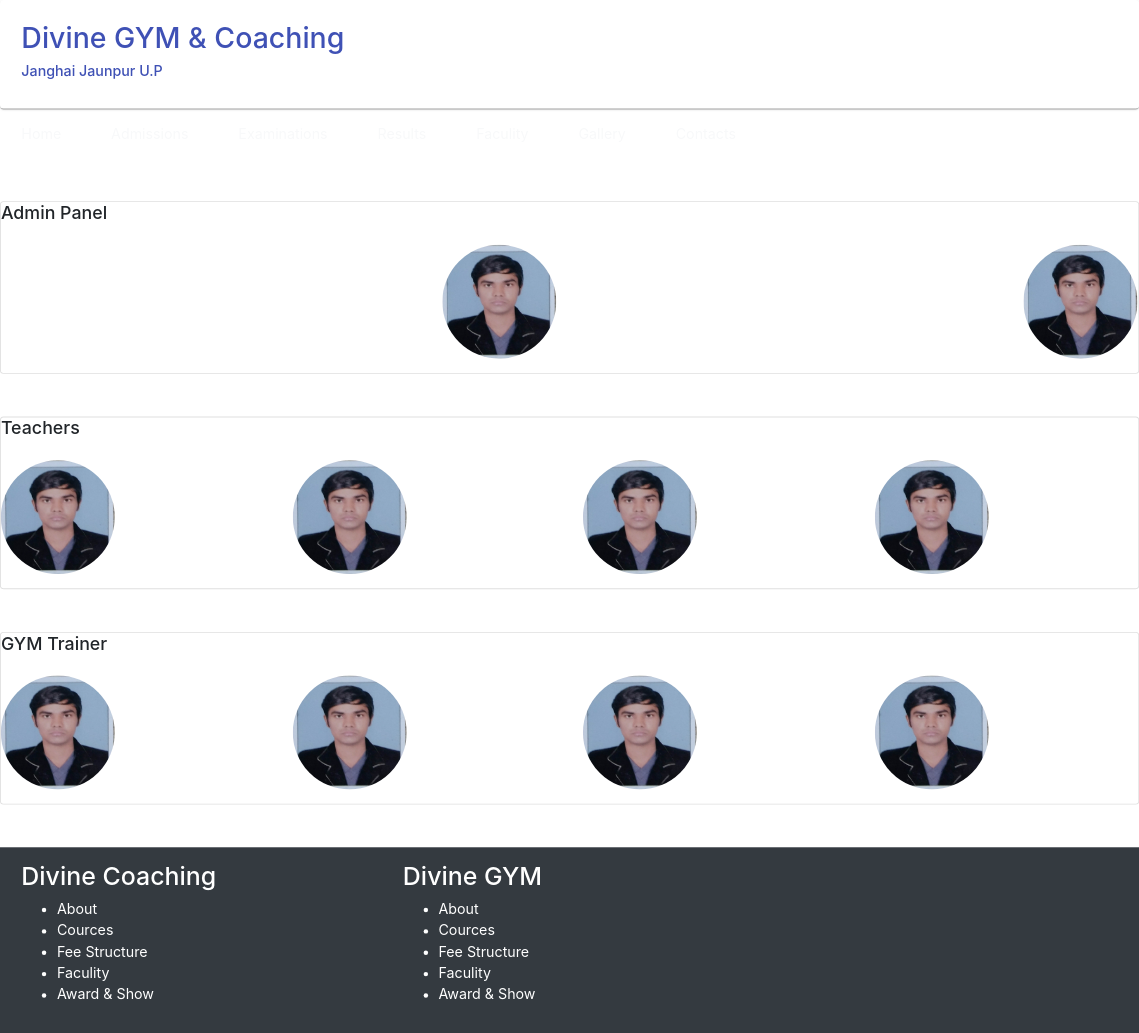
Repository: lalji-yadav/vikash-Coaching-frontend
Page: /faculity
These files come from the project's save history. The page is drawn as it stood at one moment and after the next save; the edit follows.
The browser window is 1280 px wide. The pictures show the whole page, at 89% of full size.
The project was rebuilt for these pictures with package versions that can differ from the ones it lists, and the page was loaded fresh each time. Also part of the build but not shown: src/index.css, src/home/home.js, src/component/admission/admission.js, src/component/examination/examination.js, src/component/results/result.js, src/component/gallery/gallery.js.

Above is the page before, as saved 2021-04-10 21:42:37.

After the next save:
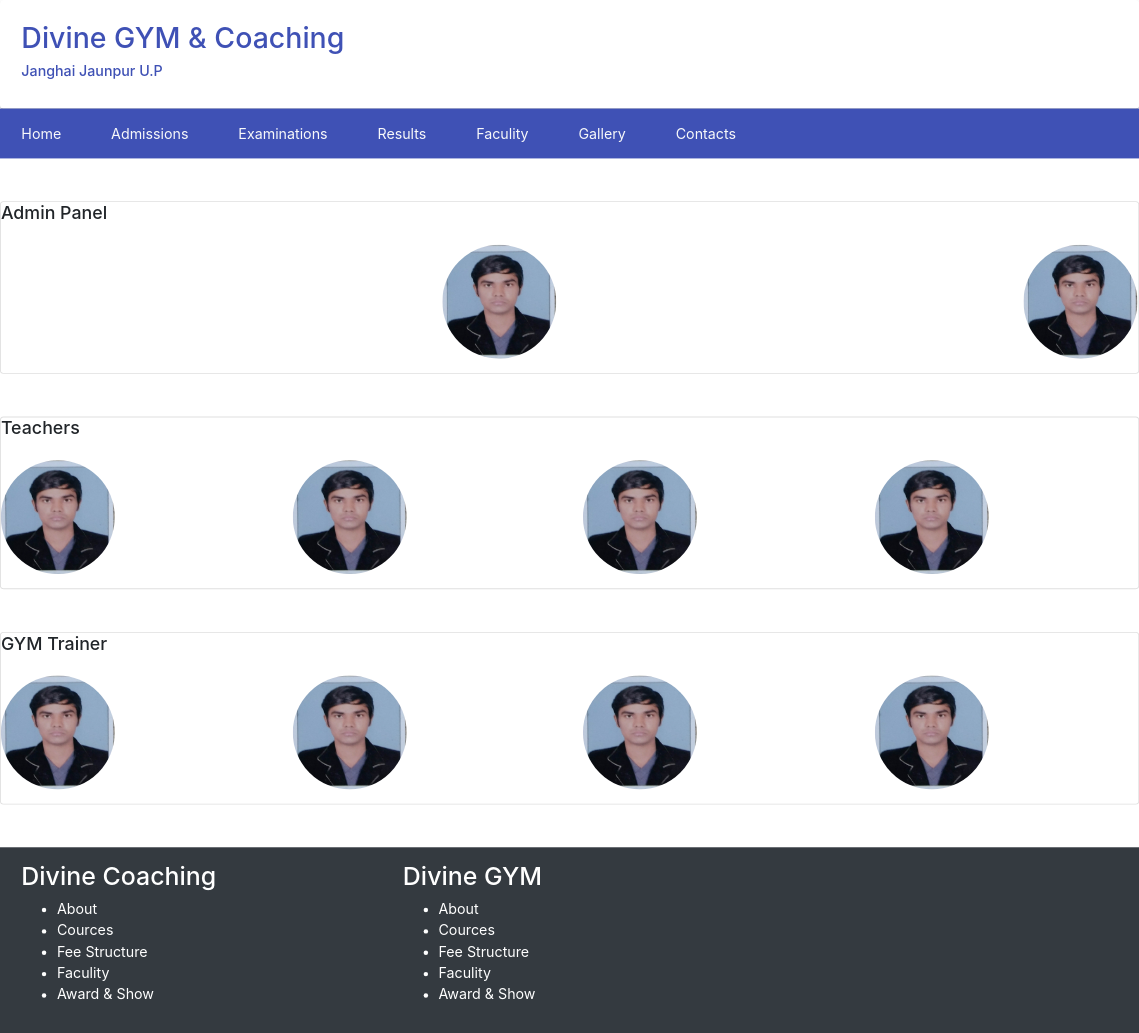
Saved 59 s later.
--- a/src/header/header.js
+++ b/src/header/header.js
@@ -19,7 +19,7 @@ class header extends Component {
                     <h6 style={{color:"#3f51b5"}}>Janghai Jaunpur U.P</h6>
                 </Card>
 
-                <Navbar  variant="light" expand="lg">
+                <Navbar style={{backgroundColor:"#3f51b5"}} variant="light" expand="lg">
                     <Navbar.Toggle aria-controls="basic-navbar-nav" />
                     <Navbar.Collapse id="basic-navbar-nav">
                     <Nav className="text-light">
